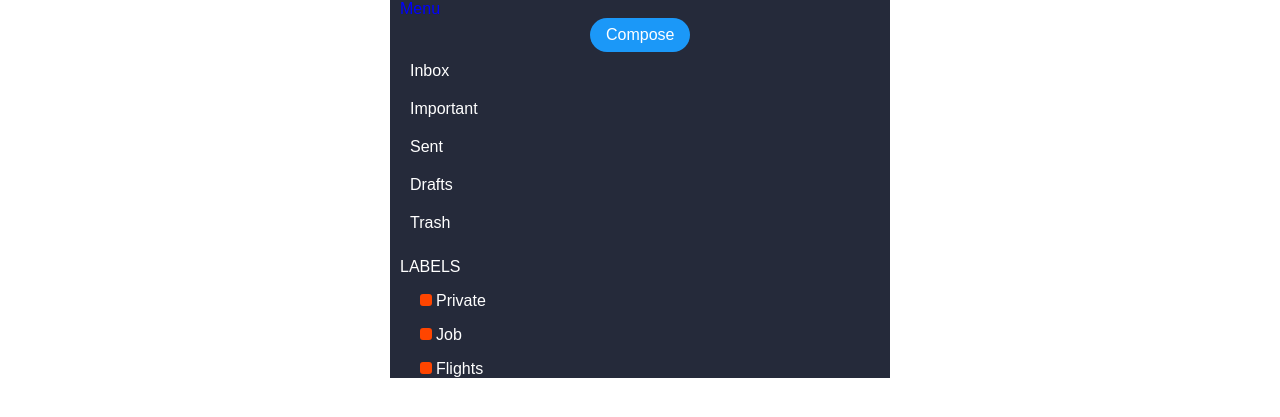
Repository: Gumiin/studia
Page: lesson4/index.html
An editor plug-in stored every save of this project. The page is shown before and after the next save, followed by the edit.
The browser window is 1280 px wide. The pictures show the whole page.

Above is the page before, as saved 2021-04-07 18:18:51.

### lesson4/index.html
<!DOCTYPE html>
<html lang="en">
<head>
    <meta charset="UTF-8">
    <meta http-equiv="X-UA-Compatible" content="IE=edge">
    <meta name="viewport" content="width=device-width, initial-scale=1.0">
    <title>Mail mobile part</title>
    <link rel="stylesheet" href="style.css">
</head>
<body>
    <div id="menus">
        <p style="border: 0px;margin: 0px; color: blue;margin-left: 2%;">Menu</p>
        <a href=""><div id="compose">Compose</div></a>
        <nav>
            <a href=""><div class="menu">Inbox</div></a>
            <a href=""><div class="menu">Important</div></a>
            <a href=""><div class="menu">Sent</div></a>
            <a href=""><div class="menu">Drafts</div></a>
            <a href=""><div class="menu">Trash</div></a>
        </nav>
        <div id="labels">
            <p>LABELS</p>
            <p>
                <div class="label"></div>
            Private
            </p>
            <p>
                <div class="label"></div>
            Job
            </p>
            <p>
                <div class="label"></div>
            Flights
            </p>
        </div>
    </div>
    <div id="mails">
        <div class="mail"></div>
        <div class="mail"></div>
        <div class="mail"></div>
        <div class="mail"></div>
        <div class="mail"></div>
    </div>
    <div id="messenge">

    </div>
</body>
</html>

### lesson4/style.css
body{
    margin: 0px;
    border: 0px;
    max-width: 500px;
    height:100%;
    margin:auto;
    font-family: Arial, sans-serif;
    color: white;
}
#menus{
    background-color: #252a3a;
    font-size: 16px;
}
#menus a{
    text-decoration: none;
    color: white;
}

#compose{
    background-color: #1B98F8;
    border: none;
    color: white;
    padding: 20px;
    text-align: center;
    text-decoration: none;
    display: inline-block;
    font-size: 16px;
    padding: 8px 16px;
    margin-left: 40%;
    border-radius: 20px;
}
.menu{
    margin-left: 2%;
    margin-right: 2%;
    padding: 2%;
}
.menu:hover{
    background-color: orchid;
}
#labels{
    margin-left: 2%;
}
.label{
    background-color: orangered;
    border: none;
    display: inline-block;
    padding: 6px 6px;
    border-radius: 3px;
    margin-left:4%;
}

After the next save:
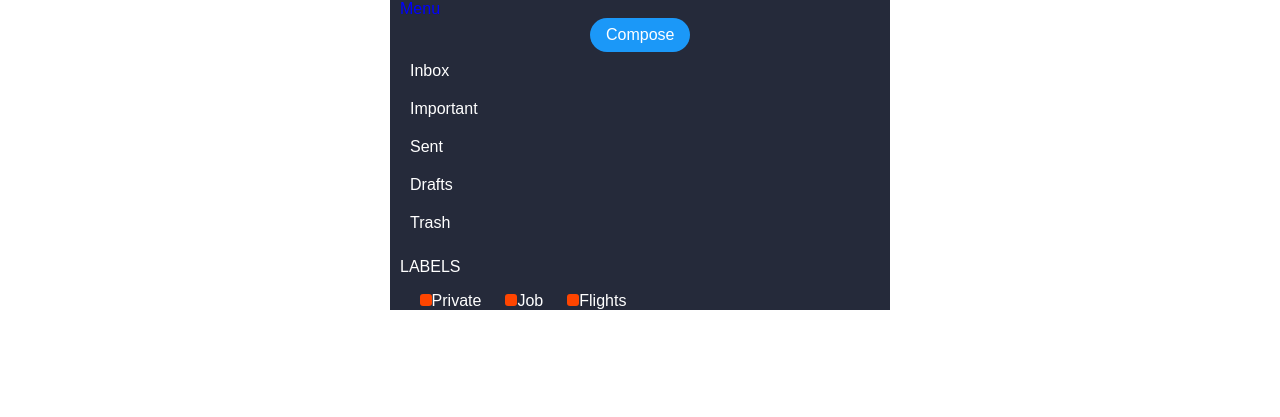
Saved 50 s later.
--- a/lesson4/index.html
+++ b/lesson4/index.html
@@ -20,17 +20,9 @@
         </nav>
         <div id="labels">
             <p>LABELS</p>
-            <p>
-                <div class="label"></div>
-            Private
-            </p>
-            <p>
-                <div class="label"></div>
-            Job
-            </p>
-            <p>
-                <div class="label"></div>
-            Flights
+                <div class="label"></div>Private
+                <div class="label"></div>Job
+                <div class="label"></div>Flights
             </p>
         </div>
     </div>

After the save that followed:
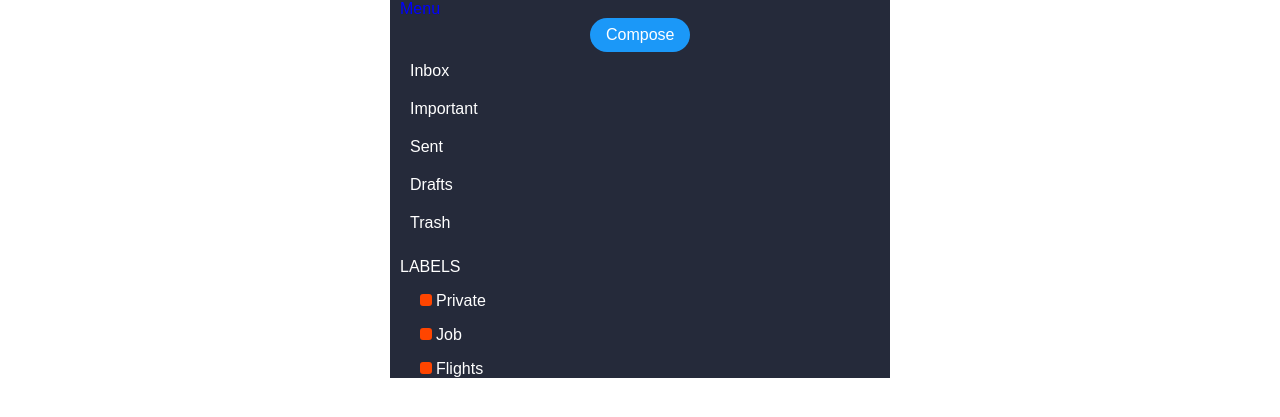
Saved 47 s later.
--- a/lesson4/index.html
+++ b/lesson4/index.html
@@ -20,9 +20,17 @@
         </nav>
         <div id="labels">
             <p>LABELS</p>
-                <div class="label"></div>Private
-                <div class="label"></div>Job
-                <div class="label"></div>Flights
+            <p></p>
+                <div class="label"></div>
+            Private
+            </p>
+            <p>
+                <div class="label"></div>
+            Job
+            </p>
+            <p>
+                <div class="label"></div>
+            Flights
             </p>
         </div>
     </div>
